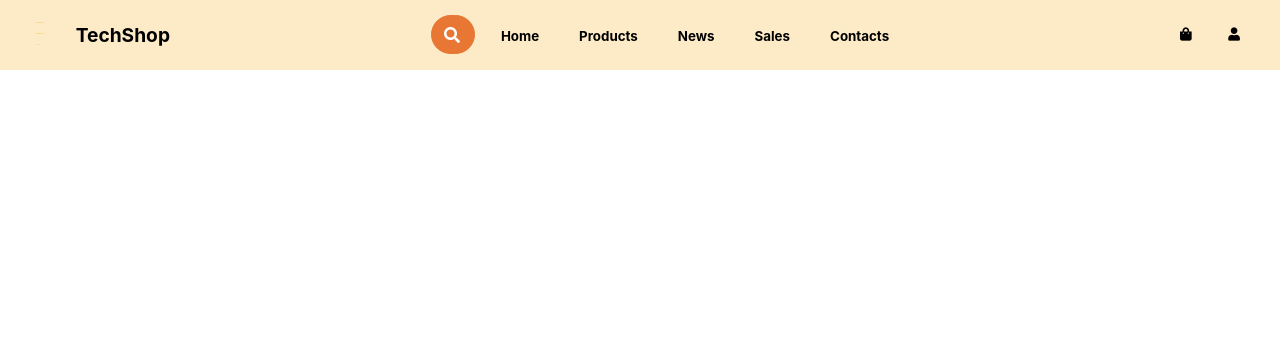
Repository: dinhngocup/TechShop
Page: /
The author's editor kept a copy of each file at every save. The page is drawn from the files as they stood at one save, then again after the next save.
The browser window is 1280 px wide. The pictures show the whole page.
Some web libraries are served in a nearby version. The project was rebuilt for these pictures with package versions that can differ from the ones it lists, and the page was loaded fresh each time. Also part of the build but not shown: src/App.css, src/components/news.jsx, src/components/Home/Banner/_banner.scss, src/components/Home/Banner/banner.jsx, src/components/Home/_home.scss, src/components/Home/home.jsx.

Above is the page before, as saved 2021-03-18 00:42:30.

### public/index.html
<!doctype html>
<html lang="en">
  <head>
    <title>Title</title>
    <!-- Required meta tags -->
    <meta charset="utf-8">
    <meta name="viewport" content="width=device-width, initial-scale=1, shrink-to-fit=no">

    <!-- Bootstrap CSS -->
    <link rel="stylesheet" href="https://stackpath.bootstrapcdn.com/bootstrap/4.3.1/css/bootstrap.min.css" integrity="sha384-ggOyR0iXCbMQv3Xipma34MD+dH/1fQ784/j6cY/iJTQUOhcWr7x9JvoRxT2MZw1T" crossorigin="anonymous">

    <!-- Font awesome-->
    <link rel="stylesheet" href="https://maxcdn.bootstrapcdn.com/font-awesome/4.7.0/css/font-awesome.min.css">
    <link rel="stylesheet" href="https://cdnjs.cloudflare.com/ajax/libs/font-awesome/5.13.0/css/all.min.css">
  </head>
  <body>
    <div id="root"></div>
    <!-- Optional JavaScript -->
    <!-- jQuery first, then Popper.js, then Bootstrap JS -->
    <script src="https://code.jquery.com/jquery-3.3.1.slim.min.js" integrity="sha384-q8i/X+965DzO0rT7abK41JStQIAqVgRVzpbzo5smXKp4YfRvH+8abtTE1Pi6jizo" crossorigin="anonymous"></script>
    <script src="https://cdnjs.cloudflare.com/ajax/libs/popper.js/1.14.7/umd/popper.min.js" integrity="sha384-UO2eT0CpHqdSJQ6hJty5KVphtPhzWj9WO1clHTMGa3JDZwrnQq4sF86dIHNDz0W1" crossorigin="anonymous"></script>
    <script src="https://stackpath.bootstrapcdn.com/bootstrap/4.3.1/js/bootstrap.min.js" integrity="sha384-JjSmVgyd0p3pXB1rRibZUAYoIIy6OrQ6VrjIEaFf/nJGzIxFDsf4x0xIM+B07jRM" crossorigin="anonymous"></script>
  </body>
</html>

### src/App.js
import Header from "./components/Header/header";
import "./App.css";
import "./_app.scss";
import News from "./components/news";
import Home from "./components/Home/home";
import { BrowserRouter as Router, Switch, Route } from "react-router-dom";
function App() {
  return (
    <div className="wrapper">
      <div className="main-content">
        <Router>
          <Header />
          <Switch>
            <Route path="/home" component={Home} />
            <Route path="/shopping-cart" />
            <Route path="/user-info" />
            <Route path="/products" />
            <Route path="/news" component={News} />
            <Route path="/sales" />
            <Route path="/contacts" />
          </Switch>
        </Router>
      </div>
    </div>
  );
}

export default App;

### src/components/Header/header.jsx
import React from 'react';
import './_header.scss'
import Menu from './Menu/menu'
import Nav from './Nav/nav'
import Info from './Info/info'

function Header() {
    return (
        <div className='header d-flex sticky-top'>
            <Menu />
            <Nav />
            <Info />
        </div>
    );
}

export default Header;

### src/_app.scss
.wrapper  {
    background-color: rgb(252,235,198);
    display: flex;
    justify-content: center;

}


@media (max-width: 1440px) {
    .main-content {
        width: 100%;
    }
}

@media (min-width: 1441px) {
    .main-content {
        width: 80%;
    }
}
@media (min-width: 1600px) {
    .main-content {
        width: 60%;
    }
}

@media (min-width: 2400px) {
    .main-content {
        width: 50%;
    }
}

### src/components/Header/_header.scss
.header {
   height: 70px;
   background-color: rgb(252,235,198);
   flex-direction: row;
   align-items: center;
   justify-content: space-between;
   padding: 0px 30px;
   width: 100%;
}

### src/components/Header/Menu/menu.jsx
import React, { useState, useEffect } from "react";
import "./_menu.scss";
import { Link } from "react-router-dom";
import MenuItem from "./menu-item";

function Menu() {
  const [isHiddingMenu, setIsHiddingMenu] = useState(false);
  const [nav, setNav] = useState("");
  const [li, setLi] = useState("");

  //const [menuItems, setMenuItems] = useState("");

  const placeLiElement = (li, nav) => {
    let boundary_y = li[0].getBoundingClientRect().top;
    li.forEach((el, i) => {
      let top =
        el.getBoundingClientRect().top +
        el.getAttribute("data-group") * -11 -
        boundary_y;
      el.style.setProperty("--top", top);
      el.style.setProperty("--delay-close", `${i * 0.1}s`);
      el.style.setProperty("--delay-open", `${(li.length - i) * 0.1}s`);
    });
    nav.classList.toggle("nav-closed");

  }


  //get nav & li position
  useEffect(() => {
    let navElement = document.getElementById("hidden-menu");
    let liElement = navElement.querySelectorAll("li");
    let group_size = Math.ceil(liElement.length / 3);
    let group_index = 0;
    setNav(navElement);
    setLi(liElement);
    liElement.forEach((e, i) => {
      e.setAttribute("data-group", group_index);
      group_index =
        i % group_size === group_size - 1 ? group_index + 1 : group_index;
    });

    setIsHiddingMenu(true);
    placeLiElement(liElement, navElement);
    //console.log('1', isHiddingMenu);

  }, []);

  const showMenu = (isHiddingMenu) => {
    const menuItemsFromDB = [
      {
        label: "Home",
        to: "/home",
        activeOnlyWhenExact: false,
      },
      {
        label: "Contacts",
        to: "/contacts",
        activeOnlyWhenExact: false,
      },
      {
        label: "News",
        to: "/news",
        activeOnlyWhenExact: false,
      },
      {
        label: "Products",
        to: "/products",
        activeOnlyWhenExact: false,
      },
      {
        label: "Sales",
        to: "/sales",
        activeOnlyWhenExact: false,
      },
    ];

    let res = null;
    if (menuItemsFromDB.length > 0)
      res = menuItemsFromDB.map((item, index) => {
        let data = {
          label: item.label,
          to: item.to,
          activeOnlyWhenExact: item.activeOnlyWhenExact,
        };

        return (
          <li key={index}>
            <MenuItem data={data}
            isHiddingMenu={isHiddingMenu}
            handleHideMenu={HandleHiddenMenu}/>
          </li>
        );
      });
    return res;
  };

  const HandleHiddenMenu = (e) => {
    setIsHiddingMenu(!isHiddingMenu);
    //console.log('2', isHiddingMenu);



    // if declare e.preventDef and e.stopPropa, direct to new page is prevented
    //e.preventDefault();

    placeLiElement(li, nav);

    //e.stopPropagation();
  };
  return (

    <div className="fluid-container menu">
      <div className="row">
        <div className="col hidden-menu-container">
          <ul className="hidden-menu" id="hidden-menu">
            {showMenu(isHiddingMenu)}

            <button className="nav-toggle" onClick={HandleHiddenMenu}>
              X
            </button>
          </ul>
        </div>
        <div className="col">
          <Link className="shop-name" to="/home">
            TechShop
          </Link>
        </div>
      </div>
    </div>
  );
}

export default Menu;

### src/components/Header/Nav/nav.jsx
import React from "react";
import './_nav.scss'
import {
  NavLink,
} from "react-router-dom";
import Search from './search'
function Nav(props) {
    return (

        <div className='nav-bar d-flex'>
            <Search />
            <nav className='nav'>
                <ul>
                    <li>
                        <NavLink
                            activeClassName='active'
                            to="/home"
                            exact>
                            Home
                        </NavLink>
                    </li>
                    <li>
                        <NavLink
                            activeClassName='active'
                            to="/products">
                            Products
                        </NavLink>
                    </li>
                    <li>
                        <NavLink
                            activeClassName='active'
                            to="/news">
                            News
                        </NavLink>
                    </li>
                    <li>
                        <NavLink
                            activeClassName='active'
                            to="/sales">
                            Sales
                        </NavLink>
                    </li>
                    <li>
                        <NavLink
                            activeClassName='active'
                            to="/contacts">
                            Contacts
                        </NavLink>
                    </li>
                </ul>
            </nav>


        </div>
    );
}

export default Nav;

### src/components/Header/Info/info.jsx
import React from "react";
import "./_info.scss";
import {
  NavLink,
} from "react-router-dom";

function Info() {
    return (
        <div className="info-group d-flex">
            <NavLink
                activeClassName='active'
                to="/shopping-cart">
                <i className="fa fa-shopping-bag"></i>
            </NavLink>
            <NavLink
                activeClassName='active'
                to="/user-info">
                <i className="fa fa-user"></i>
            </NavLink>
        </div>
    );
}

export default Info;

### src/components/Header/Menu/_menu.scss
@import '../Shared.scss';
.menu {
    width: 140px;
    .shop-name {
        font-weight: bold;
        font-size: larger;
        color: black;
        text-decoration: none;
    }

    .hidden-menu-container {
        display: relative;
        z-index: 999;
        .hidden-menu {
            display: inline-block;
            list-style-type: none;

            position: absolute;
            top:0;
            list-style-type: none;
            padding: 0;
            margin: 0;
            width: 200px;

            //background-color: rgb(244, 190, 67);
            border-radius: 10px;
            li {
                overflow: visible;
                height: 60px;
                width: 100%;
                border-radius: 10px;
                //background-color: rgb(244, 190, 67);

                transform-origin: 0 0;
                transition: transform 0.6s ease;
                transition-delay: var(--delay-open);
                padding: 20px 40px;
                align-items: center;
                a {
                    text-align: center;
                    color: rgba(255, 255, 255, 0.6);
                    font-size: 16px;
                    &:hover {
                        text-decoration: none;
                        color: white !important;
                        box-shadow: 10px 0px 40px -5px #fff;
                    }
                    &.active {
                        color: white;
                        font-weight: 700;
                    }

                }
            }
            .nav-toggle {
                position: absolute;
                top: 0;
                width: 50px;
                height: 50px;
                /* opacity: 0; */
                cursor: pointer;
                transform-origin: 0 0;
                outline: none;
                margin-left: 10px;
                right: 0;
                transition: right 1s ease, opacity 1s ease;
                opacity: 1;
                background-color: rgb(244, 190, 67);
                border: none;
                color:rgba(255, 255, 255, 0.6);
            }

            .nav-toggle:hover {
                border-radius: 50%;
                background-color: rgba(244, 190, 67, 0.1);
                color: white

            }
        }

        .nav-closed a {
            color: rgb(244, 190, 67);
        }

        .nav-closed li {
            transform: translateY(calc(var(--top) * -1px)) scaleY(0.04) scaleX(0.14);
            transition-delay: var(--delay-close);
            color: rgb(244, 190, 67);
        }

        .nav-closed .nav-toggle {
            right: calc(100% - 50px);
            opacity: 0;
        }
    }
}

### src/components/Header/Menu/menu-item.jsx
import React from 'react'
import PropTypes from 'prop-types'
import { Route, NavLink } from "react-router-dom";

MenuItem.propTypes = {
    data: PropTypes.object.isRequired,
    isHiddingMenu: PropTypes.bool.isRequired,
    handleHideMenu: PropTypes.func,
}

function MenuItem(props) {
    const {data, isHiddingMenu, handleHideMenu} = props;
    //console.log('3',isHiddingMenu)


    return (
        <Route
          path={data.to}
          exact={data.activeOnlyWhenExact}
          children={() => {
            if (isHiddingMenu) return <span>{data.label}</span>;
            return (
              <NavLink
                activeClassName="active"
                to={data.to}
                exact={data.activeOnlyWhenExact}
                onClick={handleHideMenu}
              >
                {data.label}
              </NavLink>
            );
          }}
        />
      );
}


export default MenuItem

### src/components/Header/Nav/_nav.scss
.nav-bar {
    align-items: center;
    .nav {
        ul {
            padding: 0;
            margin: 0;
            li {
                display: inline;
                padding: 20px;
                font-size: smaller;
                font-weight: bold;
                position: relative;
                a {
                    color: black;
                    transition: 0.8s;
                    &:after {
                        transition: 0.8s;
                        position: absolute;
                        content: "";
                        background-color: #E77733;

                        height: 2px;
                        width: 0%;

                        bottom: 10px;
                        left:0;
                        right: 0;

                        margin: 0 auto;
                    }
                    &:hover {
                        text-decoration: none;
                        color: #E77733;
                        &:after {
                            width: 50%;
                        }
                    }
                }
                .active {
                    color: #E77733;
                    &:after {
                        position: absolute;
                        content: "";
                        background-color: #E77733;

                        height: 2px;
                        width: 50%;

                        bottom: 10px;
                        left:0;
                        right: 0;

                        margin: 0 auto;
                    }
                }


            }
        }

    }
}

### src/components/Header/Nav/search.jsx
import React from 'react'
import './_search.scss'


function Search(props) {
    return (
        <form  className='search-form'>
            <input type="search" />
            <i className="fa fa-search"></i>
        </form>
    )
}



export default Search

### src/components/Header/Info/_info.scss

@import '../Shared.scss';

.info-group {
    font-size: smaller;
    justify-content: space-between;
    align-items: center;
    width: 80px;
    a {
        color: black;
        i {
            padding: 10px;
            border-radius: 50%;
            &:hover {
                box-shadow: 10px 0px 40px -5px #E77733, inset 0px 0px 40px 0px white;
            }
        }
        &.active {
            i {
                @include inset-shadow-active;
            }
        }

    }
}

### src/components/Header/Shared.scss
@mixin inset-shadow {
    padding: 10px;
    border-radius: 50%;
    box-shadow: inset 0px 0px 10px 0px white;
    &:hover {
        box-shadow: 10px 0px 40px -5px #E77733, inset 0px 0px 40px 0px white;
    }

}

@mixin inset-shadow-active {
    transition: 0.8s;
    box-shadow: 0 0 0px 2px #E77733, inset 0px 0px 40px 0px white;


}

### src/components/Header/Nav/_search.scss
.search-form {
    z-index: 999;
    display: inline;
    position: relative;

    width: 50px;
    height: 40px;

    input {
        padding-left: 40px;
        position: absolute;
        top: 0;
        left: 0;
        width: 40px;

        line-height: 35px;

        //     font-size: 1em;
        border-radius: 25px;
        border: solid 1px #E77733;
        transition: 0.8s;
        background-color: #E77733;
        pointer-events: none;
        &:focus {
            outline: none;
        }
    }
    &:hover {
        i {
            color: #E77733;
            background-color: white;
        }
        input {
            pointer-events: visible;
            width: 470px;
            background-color: white;
        }
    }
    i {
        box-sizing: border-box;

        position: absolute;
        top: 2px;
        left: 3px;
        border-radius: 50%;
        padding: 10px;
        background-color: #E77733;
        color: white
    }
}

// form:hover{
//     width: 200px;
//     cursor: pointer;
// }

// form:hover input{
//     display: block;
// }

// form:hover .fa{
//     background: #07051a;
//     color: white;
// }

Loaded but not shown: src/index.js (common file); src/index.css (common file); src/reportWebVitals.js (common file)

After the next save:
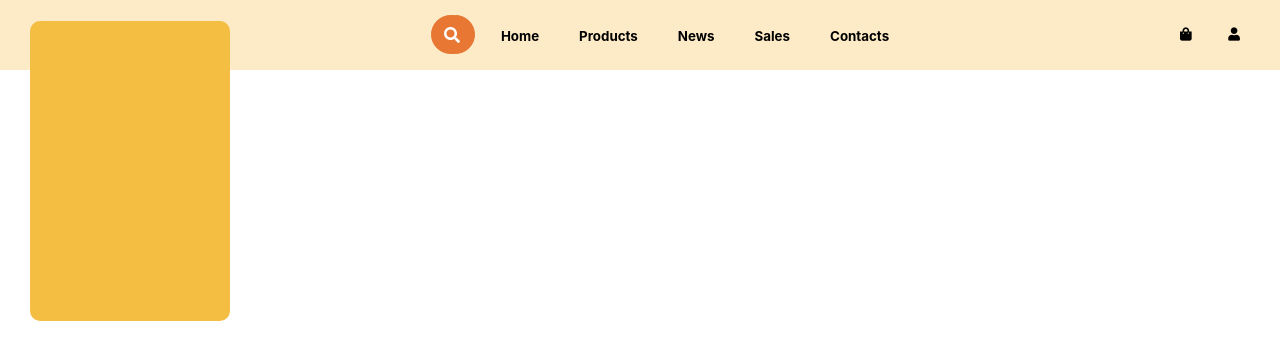
Saved 12 s later.
--- a/src/components/Header/Menu/_menu.scss
+++ b/src/components/Header/Menu/_menu.scss
@@ -22,7 +22,7 @@
             margin: 0;
             width: 200px;
 
-            //background-color: rgb(244, 190, 67);
+            background-color: rgb(244, 190, 67);
             border-radius: 10px;
             li {
                 overflow: visible;

After the save that followed:
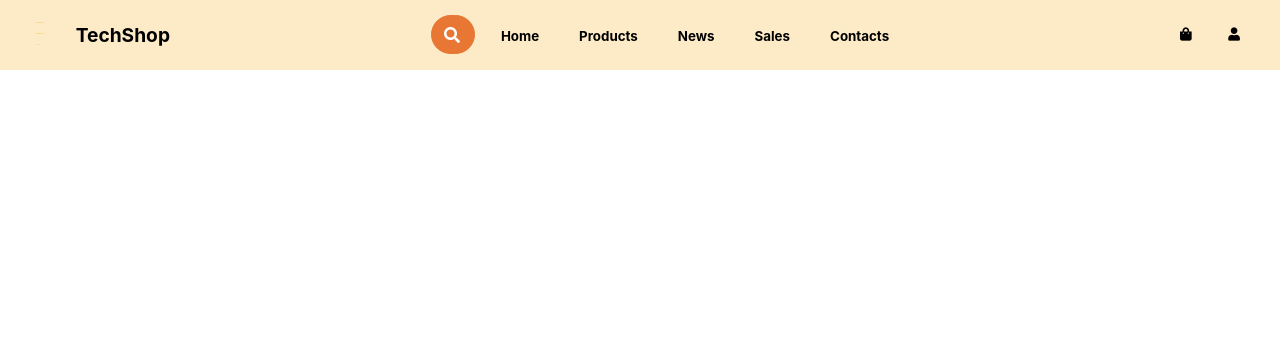
Saved 28 s later.
--- a/src/components/Header/Menu/_menu.scss
+++ b/src/components/Header/Menu/_menu.scss
@@ -22,7 +22,7 @@
             margin: 0;
             width: 200px;
 
-            background-color: rgb(244, 190, 67);
+
             border-radius: 10px;
             li {
                 overflow: visible;
